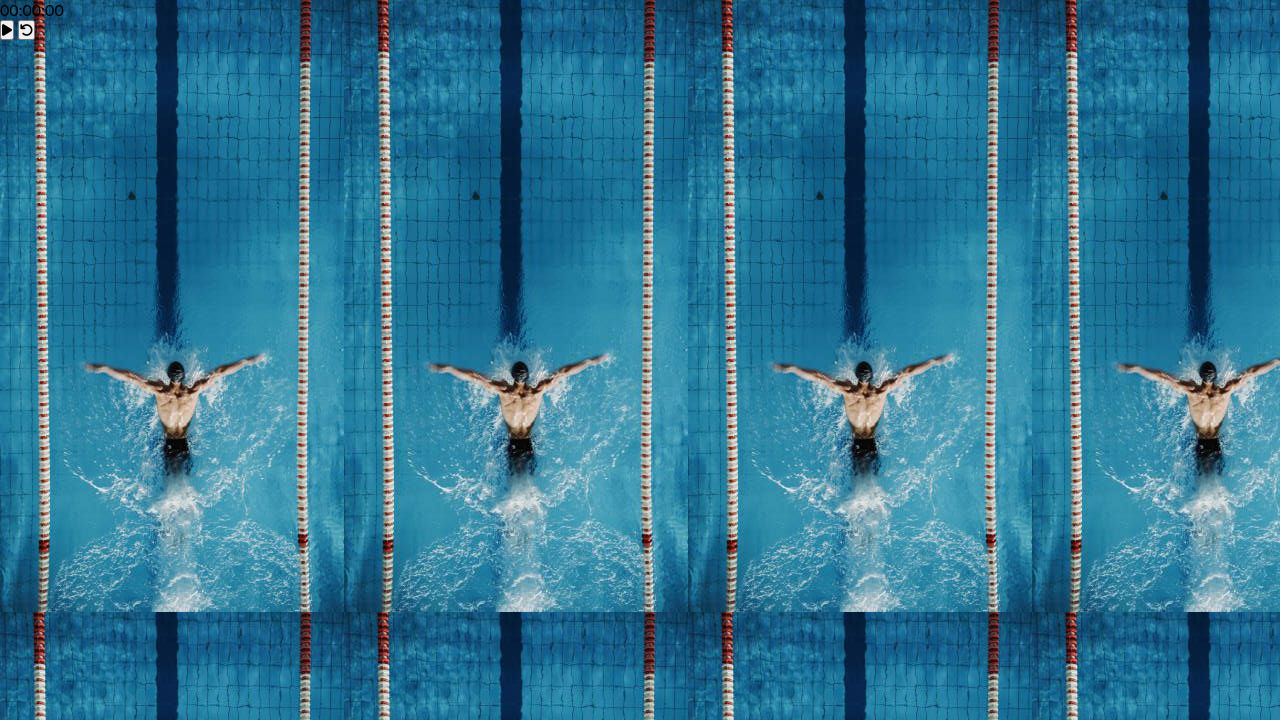
Repository: wakoya-tech/react-project
Page: Desktop/shaakala/stop-watch/index.html
These files come from the project's save history. The page is drawn as it stood at one moment and after the next save; the edit follows.
The browser window is 1280 px wide. The pictures show the whole page.
Some web libraries are served in a nearby version.

Above is the page before, as saved 2025-08-31 15:51:03.

After the next save:
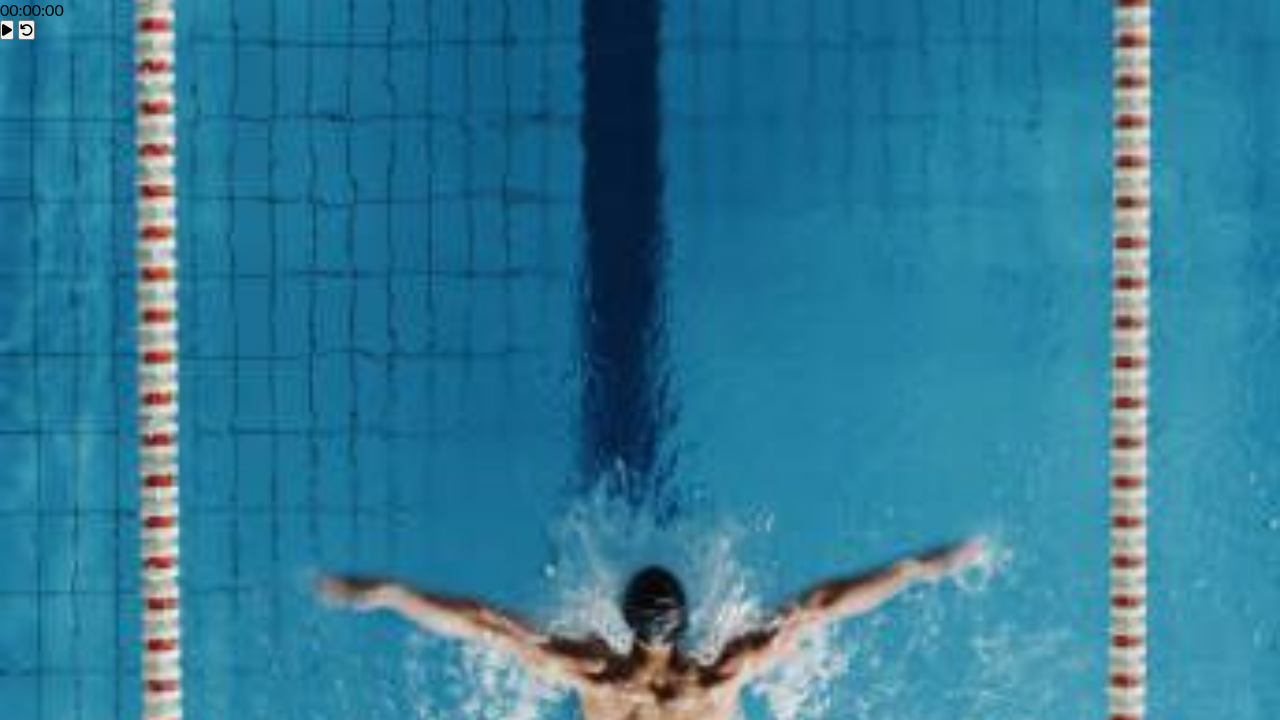
Saved 33 s later.
--- a/Desktop/shaakala/stop-watch/style.css
+++ b/Desktop/shaakala/stop-watch/style.css
@@ -8,5 +8,5 @@
 }
 body {
     height: 100vh;
-    background: url(../img/img4.jpg);
+    background: url(../img/img4.jpg)no-repeat center center/cover;
 }
